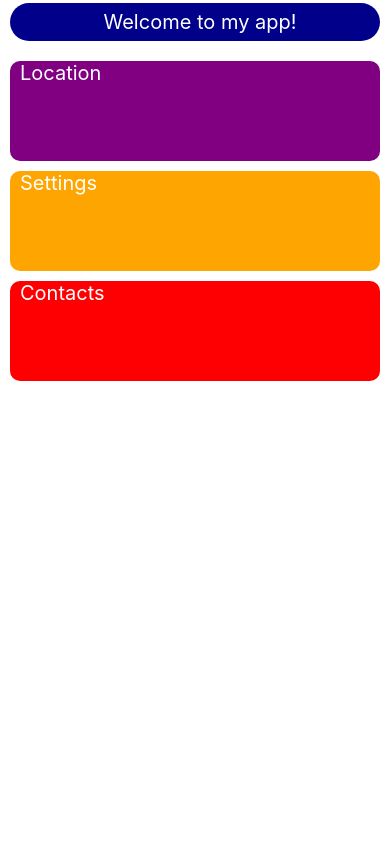
Repository: amirjavadikia/mobile-projectg
Screen: /
The author's editor kept a copy of each file at every save. The screen is drawn from the files as they stood at one save, then again after the next save.
The app was drawn by React Native's web renderer in a window 390 px wide. The project was rebuilt for these pictures with package versions that can differ from the ones it lists, and the page was loaded fresh each time.

Above is the screen before, as saved 2024-04-24 20:56:51.

### App.tsx
import React from 'react';
import { View, Text, StyleSheet } from 'react-native';

const MainPage = () => {
  return (
    <View style={styles.container}>

      <View style={[styles.blueBackground]}>
        <Text style={styles.text}>Welcome to my app!</Text>
      </View>


      <View style={[styles.box, styles.purpleBackground]}>
        <Text style={styles.text}>Location</Text>
      </View>


      <View style={[styles.box, styles.yellowBackground]}>
        <Text style={styles.text}>Settings</Text>
      </View>


      <View style={[styles.box, styles.redBackground]}>
        <Text style={styles.text}>Contacts</Text>
      </View>

    </View>
  );
};

const styles = StyleSheet.create({
  container: {
    justifyContent: 'center',
    alignItems: 'center',
    margin: 10
  },
  box: {
    width: '100%',
    height: 100,
    borderRadius: 10,
    marginBottom: 10
  },
  blueBackground: {
    backgroundColor: '#01008A',
    borderRadius: 30,
    width: '100%',
    height: '10%',
    justifyContent: 'center',
    alignItems: 'center',
    marginBottom: 20
  },
  purpleBackground: {
    backgroundColor: '#810081',
  },
  yellowBackground: {
    backgroundColor: '#fea501',
  },
  redBackground: {
    backgroundColor: '#fe0002',
  },
  text: {
    color: 'white',
    fontSize: 20,
    marginLeft: 10,
  },
});

export default MainPage;

After the next save:
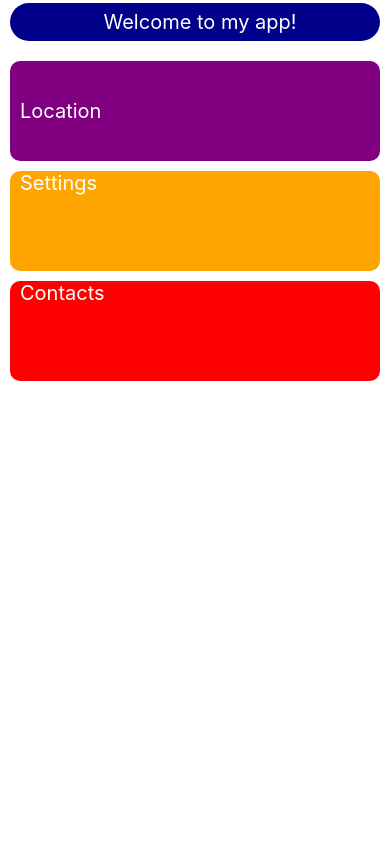
Saved 31 s later.
--- a/App.tsx
+++ b/App.tsx
@@ -51,6 +51,7 @@ const styles = StyleSheet.create({
   },
   purpleBackground: {
     backgroundColor: '#810081',
+    justifyContent: 'center',
   },
   yellowBackground: {
     backgroundColor: '#fea501',
